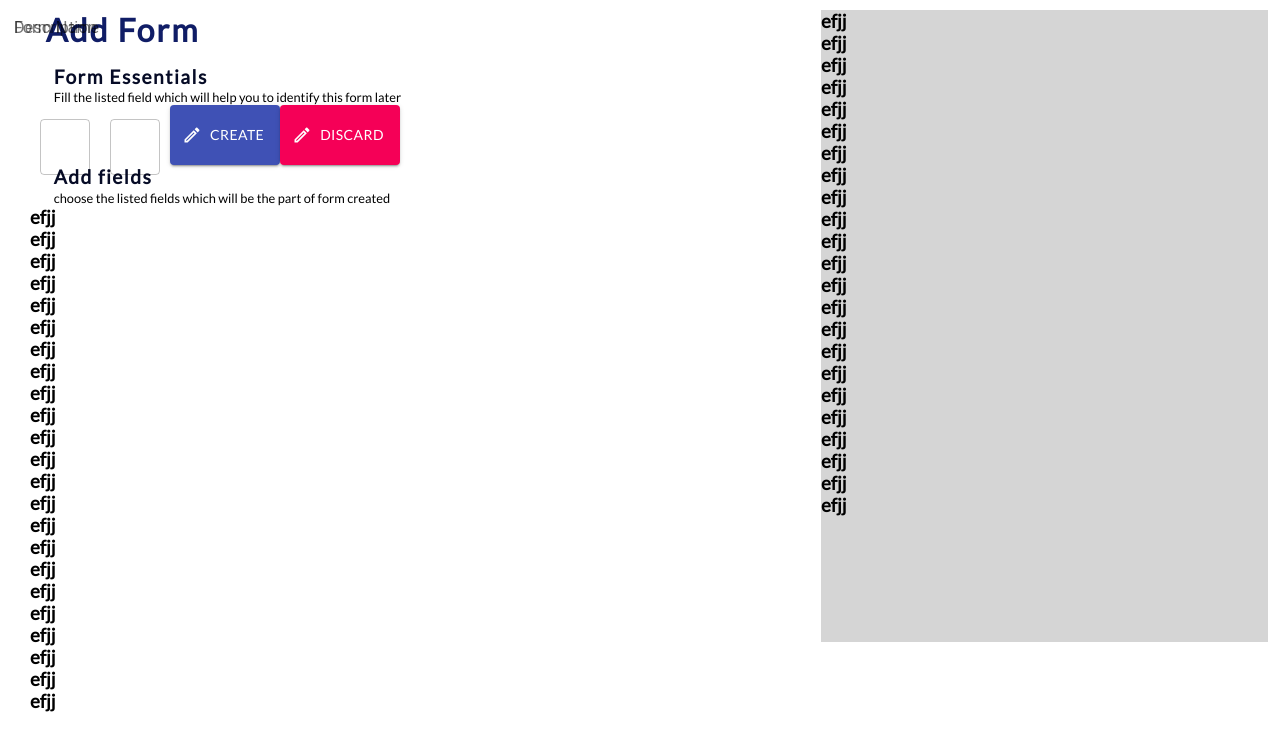
Repository: Architjain128/df
Page: /add
The author's editor kept a copy of each file at every save. The page is drawn from the files as they stood at one save, then again after the next save.
The browser window is 1280 px wide. The pictures show the whole page.
The project was rebuilt for these pictures with package versions that can differ from the ones it lists, and the page was loaded fresh each time. Also part of the build but not shown: src/App.css, src/dftable.js, src/dataForm.js.

Above is the page before, as saved 2021-06-25 16:08:32.

### src/addDataForm.js
import React , {Component} from 'react';
import './dataForm.css';
import { Button,TextField } from '@material-ui/core';
import CreateOutlinedIcon from '@material-ui/icons/CreateOutlined';

class AddDataForm extends Component{
    render(){
        return (
            <>
                <div className="dataform">
                    <div className='df-create-section'>
                        <div className='df-form-gen'>
                            <div className="df-title">Add Form</div>
                            <div className="df-subtitle">Form Essentials</div>
                            <div className="df-description" >Fill the listed field which will help you to identify this form later</div>
                            <div className="df-form-ess" class="flex-container">
                                <TextField id="outlined-basic" class="flex-item" label="Form Name" variant="outlined" /><br/>
                                <TextField id="outlined-basic-large" class="flex-item" label="Description" variant="outlined"/>
                                <div className="df-create2"><Button variant="contained" color="primary" startIcon={<CreateOutlinedIcon />}> Create </Button></div>
                                <div className="df-create2"><Button variant="contained" href='/' color="secondary" startIcon={<CreateOutlinedIcon />}> Discard </Button></div>
                            </div>
                            <div className="df-subtitle">Add fields</div>
                            <div className="df-description" >choose the listed fields which will be the part of form created</div>
                            <div className="df-create-section">
                                <div className="df-dnd">
                                <h3>efjj</h3>
                                <h3>efjj</h3>
                                <h3>efjj</h3>
                                <h3>efjj</h3>
                                <h3>efjj</h3>
                                <h3>efjj</h3>
                                <h3>efjj</h3>
                                <h3>efjj</h3>
                                <h3>efjj</h3>
                                <h3>efjj</h3>
                                <h3>efjj</h3>
                                <h3>efjj</h3>
                                <h3>efjj</h3>
                                <h3>efjj</h3>
                                <h3>efjj</h3>
                                <h3>efjj</h3>
                                <h3>efjj</h3>
                                <h3>efjj</h3>
                                <h3>efjj</h3>
                                <h3>efjj</h3>
                                <h3>efjj</h3>
                                <h3>efjj</h3>
                                <h3>efjj</h3>

                                </div>
                            </div>
                        </div>
                        <div className="df-form-pre-con">
                            <div className='df-form-pre'>
                                <h3>efjj</h3>
                                <h3>efjj</h3>
                                <h3>efjj</h3>
                                <h3>efjj</h3>
                                <h3>efjj</h3>
                                <h3>efjj</h3>
                                <h3>efjj</h3>
                                <h3>efjj</h3>
                                <h3>efjj</h3>
                                <h3>efjj</h3>
                                <h3>efjj</h3>
                                <h3>efjj</h3>
                                <h3>efjj</h3>
                                <h3>efjj</h3>
                                <h3>efjj</h3>
                                <h3>efjj</h3>
                                <h3>efjj</h3>
                                <h3>efjj</h3>
                                <h3>efjj</h3>
                                <h3>efjj</h3>
                                <h3>efjj</h3>
                                <h3>efjj</h3>
                                <h3>efjj</h3>
                            </div>
                        </div>
                    </div>
                    <div className="df-end" ></div>
                    <div className="df-footer" ></div>

                </div>
            </>
            );
        }
}

export default AddDataForm;

### src/dataForm.css
@import url('https://fonts.googleapis.com/css2?family=Lato&display=swap');

* {
  box-sizing: border-box;
  margin: 0;
  padding: 0;
  font-family: 'Lato', sans-serif;
}

.dataform {
  padding-left: clamp(10px,30px,5%);
  padding-top: clamp(5px,10px,3%);
  display:block;
  /* height: 90vh; */
  /* align-items: center; */
  justify-content: left;
}
.df-title{
  letter-spacing: 2px;
  font-size: clamp(1.8rem, 2.5vw, 2.8rem);
  color:#101d66;
  font-weight: bolder;
  padding-left:2%;
  padding-right:10%;
  margin-bottom: 2%;
}
.df-subtitle{
    letter-spacing: 1.5px;
    font-size: clamp(1.2rem, 1.5vw, 2rem);
    color:#060b26;
    font-weight: bold;
    padding-left:3%;
    padding-right:10%;
    margin-bottom: 0.2%;
}
.df-description{
    font-size: clamp(0.8rem, 1vw, 1.2rem);
    color:#000000;
    padding-left:3%;
    padding-right:10%;
}
.df-table{
    padding-top:3%;
    padding-bottom:3%;
    padding-left:3%;
    padding-right:10%;
    height: 460px;
}
.df-create-section{
  display: flex;
}
.df-create-section .df-subdes{
  flex-grow: 10;
}
.df-create-section .df-create{
  flex-grow: 0;
}
.df-create-section .df-form-gen{
  flex-grow: 1;
}
.df-create-section .df-form-pre-con{
  flex-grow: 1;
  margin-right: 1%;
}
.df-form-pre{
  background-color: rgb(213, 213, 213);
  height: 90%;
  width: 100%;
}
.df-create{
  /* margin-left: 10%; */
  /* padding: auto; */
  align-items: right;
  justify-content: flex-start;
  display: flex;
  padding-left:3%;
  padding-right:10%;
}
.df-create2{
  /* margin-left: 10%; */
  /* padding: auto; */
  align-items: right;
  justify-content: flex-start;
  display: flex;
  gap: 5px;
}
.df-end{
  padding-top: 3%;
  padding-left: 3%;
}
.df-footer{
  position:absolute;
  padding-left: 3%;
  bottom: 0;
}
.df-form-ess{
  padding: 3%;
  display: flex;
  justify-content: space-around;
}
.df-form-ess TextField{
  flex-grow: 5;
}
.df-form-ess Button{
  flex-grow: 1;
}
#outlined-basic{
  font-size: medium;
  width: 100%;
}
#outlined-basic-large{
  font-size: medium;
  width: 100%;
}
.flex-container {
  padding: 0;
  margin: 0;
  list-style: none;
  display: flex;
  justify-content: flex-start;
}
.flex-item {
  padding: 5px;
  width: 60px;
  height: 50px;
  margin: 5px;
  line-height: 50px;
  color: white;
  font-weight: bold;
  font-size: 2em;
  text-align: center;
}

Loaded but not shown: public/index.html (common file); src/index.js (common file); src/index.css (common file); src/App.js (common file); src/reportWebVitals.js (common file)

After the next save:
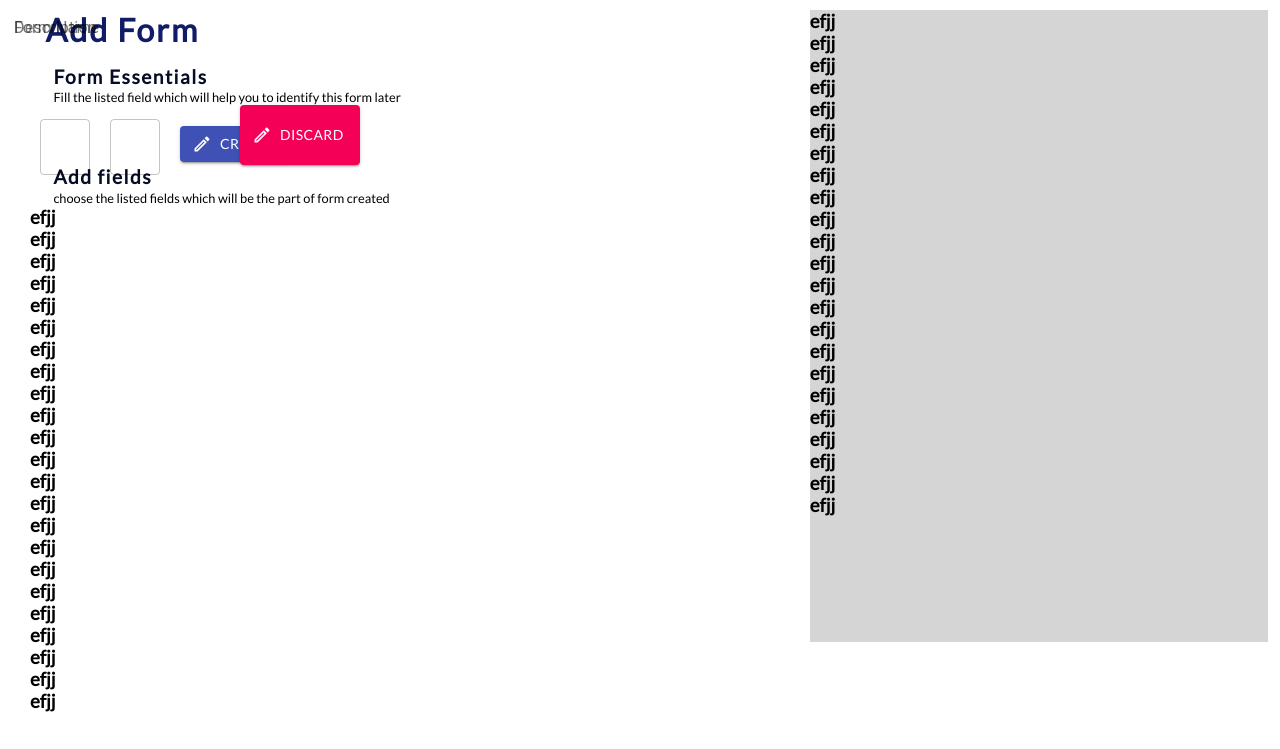
Saved 4 s later.
--- a/src/addDataForm.js
+++ b/src/addDataForm.js
@@ -16,7 +16,7 @@ class AddDataForm extends Component{
                             <div className="df-form-ess" class="flex-container">
                                 <TextField id="outlined-basic" class="flex-item" label="Form Name" variant="outlined" /><br/>
                                 <TextField id="outlined-basic-large" class="flex-item" label="Description" variant="outlined"/>
-                                <div className="df-create2"><Button variant="contained" color="primary" startIcon={<CreateOutlinedIcon />}> Create </Button></div>
+                                <div className="df-create2" class="flex-item"><Button variant="contained" color="primary" startIcon={<CreateOutlinedIcon />}> Create </Button></div>
                                 <div className="df-create2"><Button variant="contained" href='/' color="secondary" startIcon={<CreateOutlinedIcon />}> Discard </Button></div>
                             </div>
                             <div className="df-subtitle">Add fields</div>
